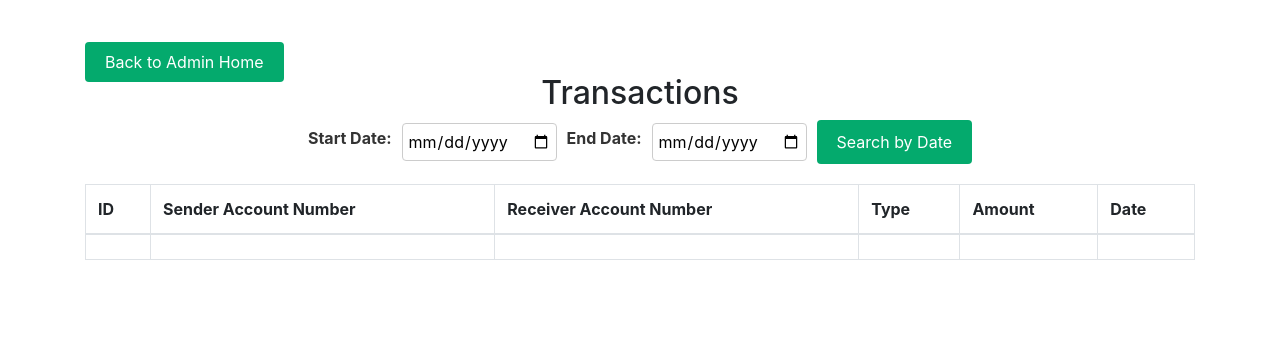
Repository: SuyashAwasthy/Javaee
Page: http://localhost/13-bank-application-mvc/viewTransaction.jsp
The author's editor kept a copy of each file at every save. The page is drawn from the files as they stood at one save, then again after the next save.
The browser window is 1280 px wide. The pictures show the whole page.
The page is served by Tomcat 9. Other server files are loaded and not shown. The template is opened directly, without the code that normally fills it, so the values that code supplies are empty.

Above is the page before, as saved 2024-07-22 10:20:12.

### 13-bank-application-mvc/WebContent/viewTransaction.jsp
<%@ page language="java" contentType="text/html; charset=UTF-8"
	pageEncoding="UTF-8"%>

<!DOCTYPE html>
<html>
<head>
<title>View Transactions</title>
<link rel="stylesheet" href="css/styles.css">
<link rel="stylesheet" href="css/navbar.css">
<link rel="stylesheet"
	href="https://maxcdn.bootstrapcdn.com/bootstrap/4.0.0/css/bootstrap.min.css">
<style>
.container {
	margin-top: 50px;
}

.table {
	margin-top: 20px;
}
</style>
</head>
<body>

	<div class="container">
		<a href="adminHome.jsp" class="button">Back to Admin Home</a>
		<h2 class="text-center">Transactions</h2>
		<form action="searchTransactionsByDate" method="get" class="date-form">
			<label for="startDate">Start Date:</label> <input type="date"
				id="startDate" name="startDate" required> <label
				for="endDate">End Date:</label> <input type="date" id="endDate"
				name="endDate" required>

			<button type="submit" class="btn">Search by Date</button>
		</form>
		<table class="table table-bordered">
			<thead>
				<tr>
					<th>ID</th>
					<th>Sender Account Number</th>
					<th>Receiver Account Number</th>
					<th>Type</th>
					<th>Amount</th>
					<th>Date</th>
				</tr>
			</thead>
			<tbody>
				<c:forEach var="transaction" items="${transactions}">
					<tr>
						<td>${transaction.id}</td>
						<td>${transaction.senderAccountNumber}</td>
						<td>${transaction.receiverAccountNumber}</td>
						<td>${transaction.type}</td>
						<td>${transaction.amount}</td>
						<td>${transaction.date}</td>
					</tr>
				</c:forEach>
			</tbody>
		</table>
	</div>
</body>
</html>

### 13-bank-application-mvc/WebContent/css/styles.css
.button {
	margin-top: 20px;
  	padding: 10px 20px;
    background-color: #04AA6D;
    color: white;
    border: none;
    border-radius: 4px;
    font-size: 16px;
    cursor: pointer;
    transition: background-color 0.3s ease;

}

.button:hover {
    background-color: #45a049;
}

.date-form {
    margin-bottom: 20px;
    justify-content: center;
    align-items: center;
    display: flex;
}

.date-form label {
    margin-right: 10px;
    font-weight: bold;
    color: #333;
}

.date-form input[type="date"] {
    margin-right: 10px;
    padding: 5px;
    border-radius: 4px;
    border: 1px solid #ccc;
}

.date-form .btn {
    padding: 10px 20px;
    background-color: #04AA6D;
    color: white;
    border: none;
    border-radius: 4px;
    font-size: 16px;
    cursor: pointer;
    transition: background-color 0.3s ease;
}

.date-form .btn:hover {
    background-color: #45a049;
}

.search-form {
    margin-bottom: 20px;
    display: flex;
    justify-content: center;
    align-items: center;
}

.search-form label {
    margin-right: 10px;
    font-weight: bold;
    color: #333;
}

.search-form select,
.search-form input[type="text"] {
    margin-right: 10px;
    padding: 5px;
    border-radius: 4px;
    border: 1px solid #ccc;
    font-size: 14px;
    width: 200px;
}

.search-form .btn {
    padding: 10px 20px;
    background-color: #04AA6D;
    color: white;
    border: none;
    border-radius: 4px;
    font-size: 16px;
    cursor: pointer;
    transition: background-color 0.3s ease;
}

.search-form .btn:hover {
    background-color: #45a049;
}

### 13-bank-application-mvc/WebContent/css/navbar.css
.navbar {
    background-color: #333;
    overflow: hidden;
}

.navbar a {
    float: left;
    display: block;
    color: #f2f2f2;
    text-align: center;
    padding: 14px 16px;
    text-decoration: none;
}

.navbar a:hover {
    background-color: #ddd;
    color: black;
}

After the next save:
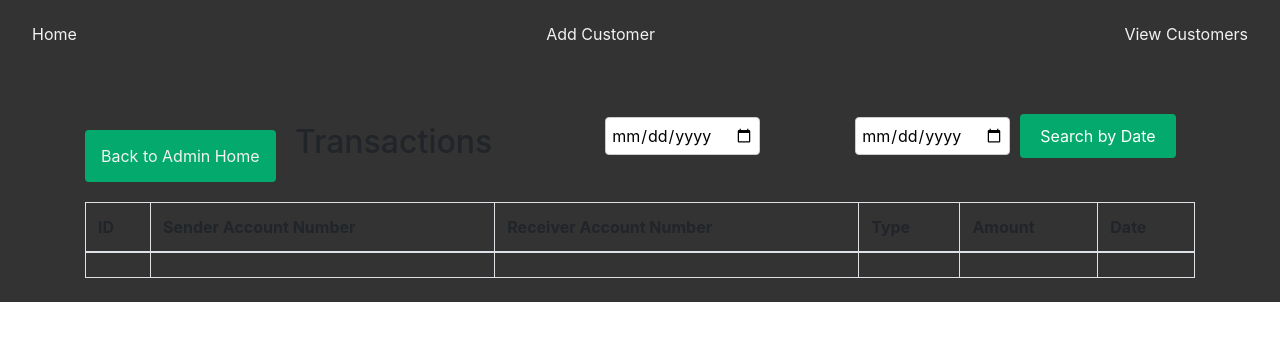
Saved 11 s later.
--- a/13-bank-application-mvc/WebContent/viewTransaction.jsp
+++ b/13-bank-application-mvc/WebContent/viewTransaction.jsp
@@ -20,7 +20,9 @@
 </style>
 </head>
 <body>
-
+	<div class="navbar">
+		<a href="adminHome.jsp">Home</a> <a href="addCustomer.jsp">Add
+			Customer</a> <a href="viewCustomers.jsp">View Customers</a>
 	<div class="container">
 		<a href="adminHome.jsp" class="button">Back to Admin Home</a>
 		<h2 class="text-center">Transactions</h2>

After the save that followed:
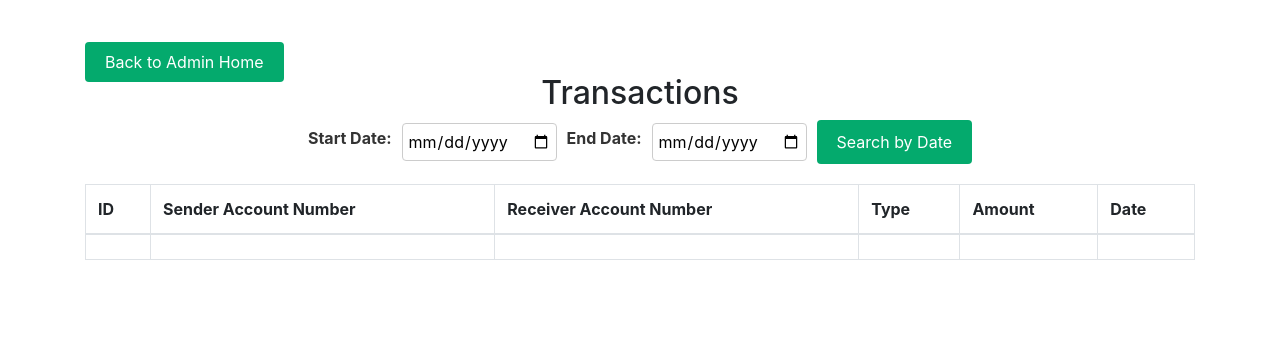
Saved 20 s later.
--- a/13-bank-application-mvc/WebContent/viewTransaction.jsp
+++ b/13-bank-application-mvc/WebContent/viewTransaction.jsp
@@ -20,9 +20,6 @@
 </style>
 </head>
 <body>
-	<div class="navbar">
-		<a href="adminHome.jsp">Home</a> <a href="addCustomer.jsp">Add
-			Customer</a> <a href="viewCustomers.jsp">View Customers</a>
 	<div class="container">
 		<a href="adminHome.jsp" class="button">Back to Admin Home</a>
 		<h2 class="text-center">Transactions</h2>
